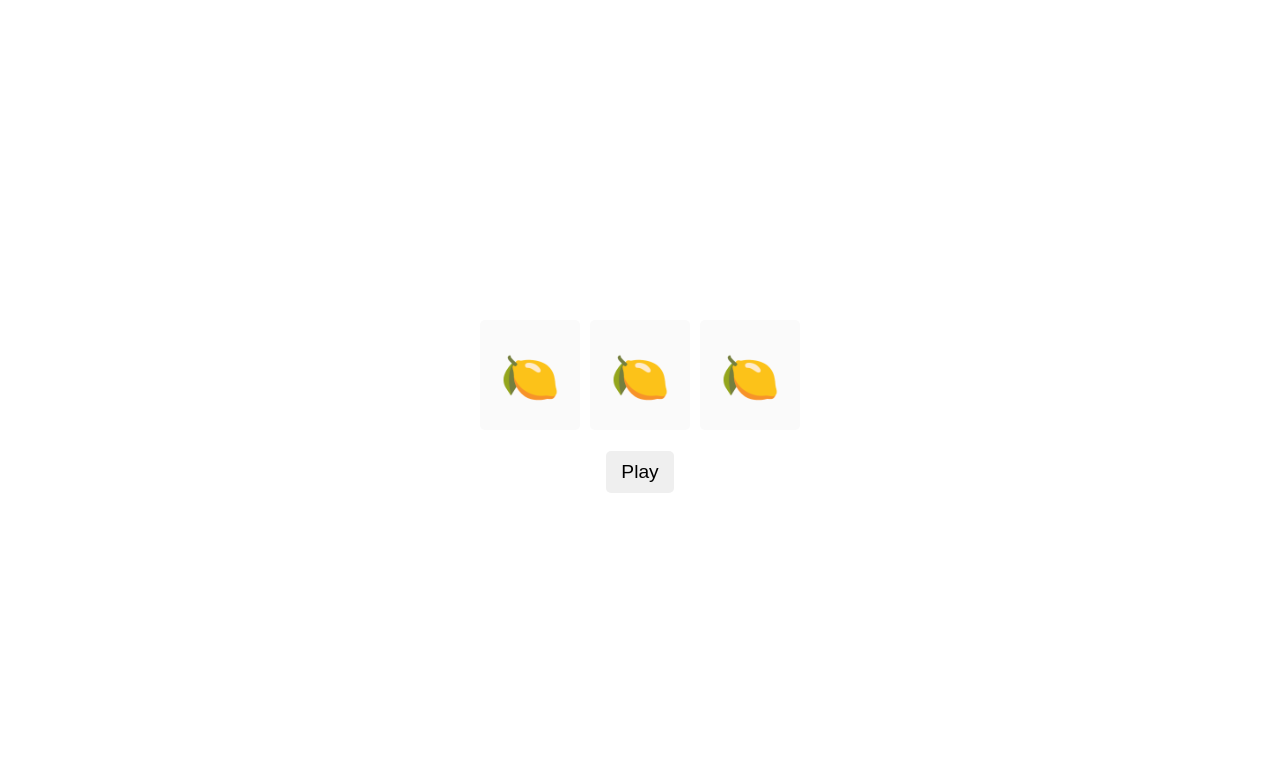
Repository: HERBOD7/slotmachine
Page: /
An editor plug-in stored every save of this project. The page is shown before and after the next save, followed by the edit.
The browser window is 1280 px wide. The pictures show the whole page.
The project was rebuilt for these pictures with package versions that can differ from the ones it lists, and the page was loaded fresh each time. Also part of the build but not shown: vue.config.js.

Above is the page before, as saved 2023-07-23 11:34:06.

After the next save:
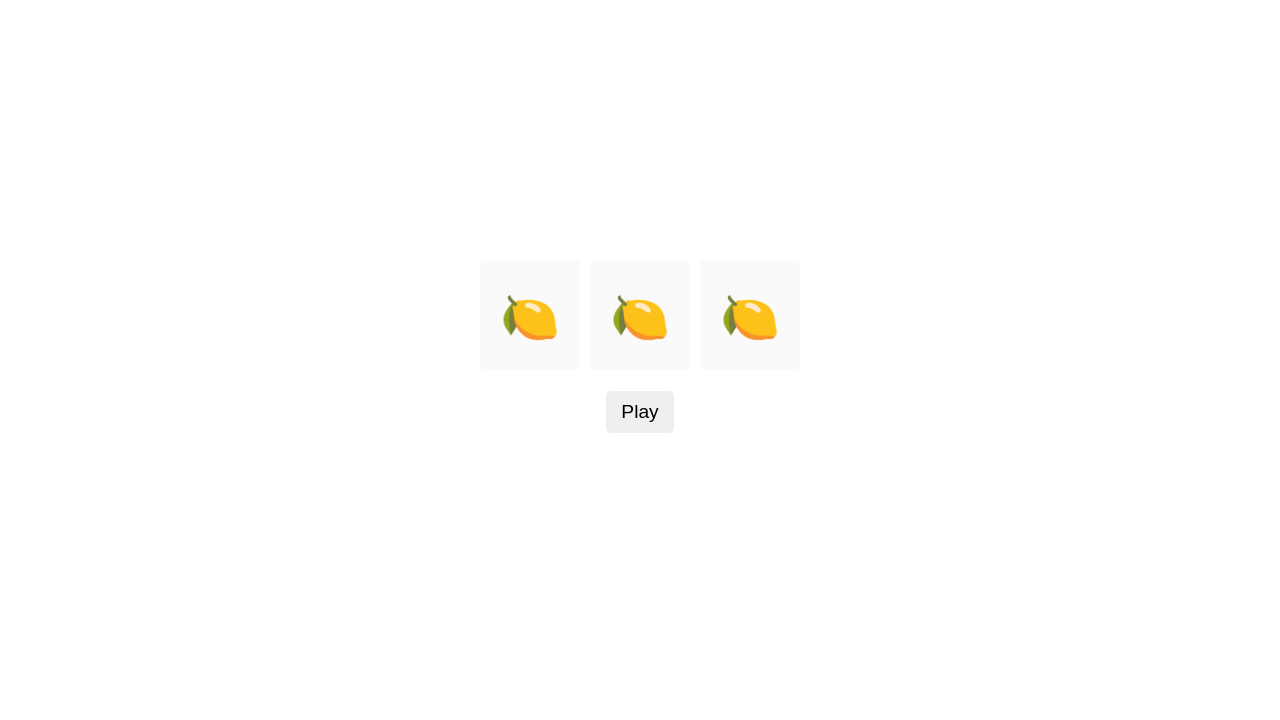
Saved 31 s later.
--- a/src/App.vue
+++ b/src/App.vue
@@ -58,14 +58,6 @@ export default {
 </script>
 
 <style>
-#app {
-  font-family: Avenir, Helvetica, Arial, sans-serif;
-  -webkit-font-smoothing: antialiased;
-  -moz-osx-font-smoothing: grayscale;
-  text-align: center;
-  margin-top: 60px;
-}
-
 body {
   width: 100vw;
   height: 100vh;
